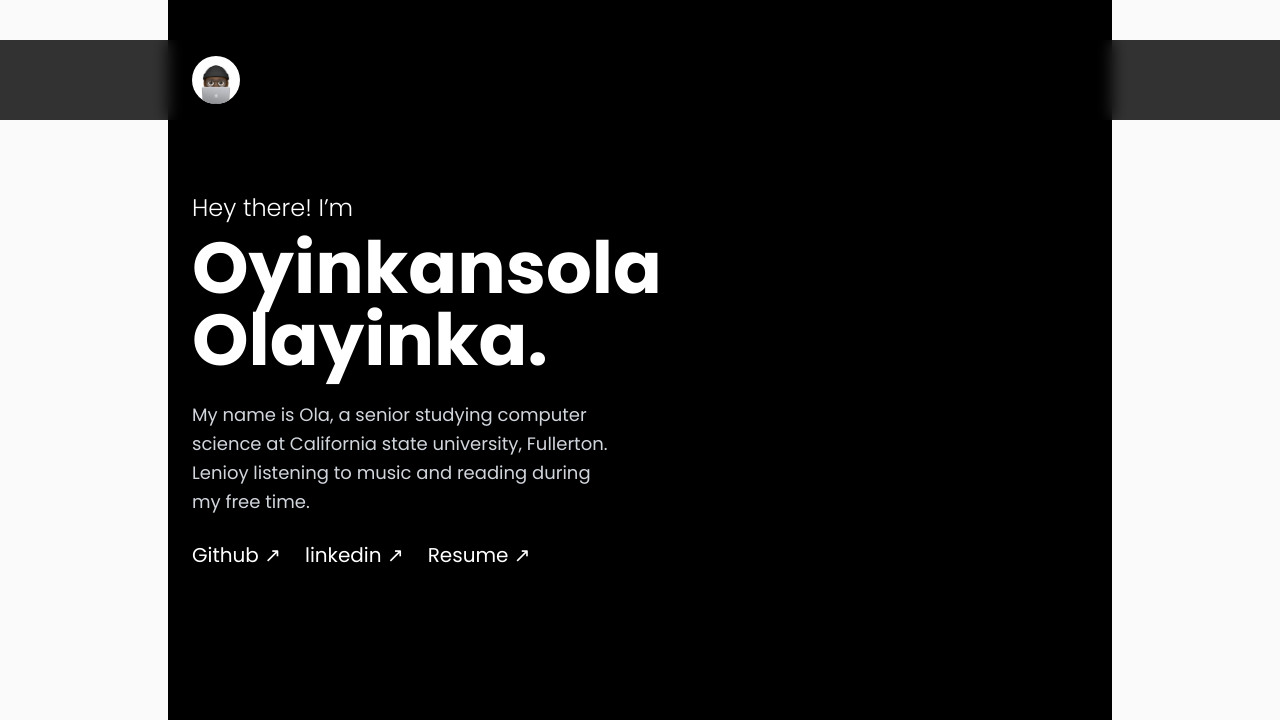
Repository: olasores/olasores-portfolio
Page: /
An editor plug-in stored every save of this project. The page is shown before and after a run of saves, followed by the edit.
The browser window is 1280 px wide. The pictures show the whole page.
The project was rebuilt for these pictures with package versions that can differ from the ones it lists, and the page was loaded fresh each time. The framework's server and built-in components were replaced by stand-ins that run in the browser. Also part of the build but not shown: next.config.ts.

Above is the page before, as saved 2025-11-11 12:33:49.

### app/layout.tsx
import type { Metadata } from "next";
import { Poppins } from "next/font/google";
import "./globals.css";
import Navbar from "./components/Navbar";

const poppins = Poppins({
  variable: "--font-poppins",
  weight: ["300", "400", "500", "600", "700"],
  subsets: ["latin"],
});

export const metadata: Metadata = {
  title: "Create Next App",
  description: "Generated by create next app",
};

export default function RootLayout({
  children,
}: Readonly<{
  children: React.ReactNode;
}>) {
  return (
    <html lang="en">
      <body
        className={`${poppins.variable} antialiased`}
      >
        <Navbar />
        {children}
      </body>
    </html>
  );
}

### app/page.tsx
import Image from "next/image";
import HomeSection from "./components/HomeSection";

export default function Home() {
  return (

    <div className="flex min-h-screen items-center justify-center bg-zinc-50 font-sans dark:bg-black">
      <HomeSection />
    </div>
  );
}

### app/globals.css
@import "tailwindcss";

:root {
  --background: #ffffff;
  --foreground: #171717;
}

@theme inline {
  --color-background: var(--background);
  --color-foreground: var(--foreground);
  --font-sans: var(--font-poppins);
}

@media (prefers-color-scheme: dark) {
  :root {
    --background: #0a0a0a;
    --foreground: #ededed;
  }
}

* {
  font-family: 'Poppins', sans-serif;
}

body {
  background: var(--background);
  color: var(--foreground);
}

### app/components/Navbar.tsx
export default function Navbar() {
    return (
        <nav className="fixed top-10 w-full bg-black/80 backdrop-blur-sm px-6 py-4 z-50">
            <div className="max-w-4xl mx-auto flex items-center justify-between">
                {/* Logo */}
                <div className="relative w-12 h-12 rounded-full bg-white overflow-hidden flex items-center justify-center">
                    <img
                        src="/assets/olaimg2.webp"
                        alt="Oyinkansola Olayinka Logo"
                        className="w-full h-full object-cover"
                    />
                </div>

                {/* Links */}
                {/* <div className="flex gap-8 text-white">
                    <a href="#" className="hover:text-gray-400 transition">
                        Github ↗
                    </a>
                    <a href="#" className="hover:text-gray-400 transition">
                        linkedin ↗
                    </a>
                    <a href="#" className="hover:text-gray-400 transition">
                        Resume ↗
                    </a>
                </div> */}
            </div>
        </nav>
    );
}

### app/components/HomeSection.tsx


export default function HomeSection() {
    return (
        <div className="flex min-h-screen items-center justify-center bg-black font-sans dark:bg-black px-6 py-10 pt-20">
            <div className="grid grid-cols-1 md:grid-cols-2 gap-12 max-w-4xl w-full items-center">
                {/* Left side: Text content */}
                <div className="flex flex-col gap-6 items-center md:items-start">
                    <div>
                        <h2 className="text-xl md:text-2xl font-light text-white mb-2">
                            Hey there! I&rsquo;m
                        </h2>
                        <h1 className="text-5xl md:text-7xl font-bold text-white">
                            Oyinkansola Olayinka.
                        </h1>
                    </div>

                    <p className="text-base md:text-lg text-gray-300 leading-relaxed max-w-lg">
                        My name is Ola, a senior studying computer science at California state university, Fullerton. Lenioy listening to music and reading during my free time.
                    </p>

                    {/* Links */}
                    <div className="flex gap-6 text-lg md:text-xl text-white">
                        <a href="#" className="hover:text-gray-400 transition">
                            Github ↗
                        </a>
                        <a href="#" className="hover:text-gray-400 transition">
                            linkedin ↗
                        </a>
                        <a href="#" className="hover:text-gray-400 transition">
                            Resume ↗
                        </a>
                    </div>
                </div>
            </div>
        </div>
    );
}

After the next 4 saves:
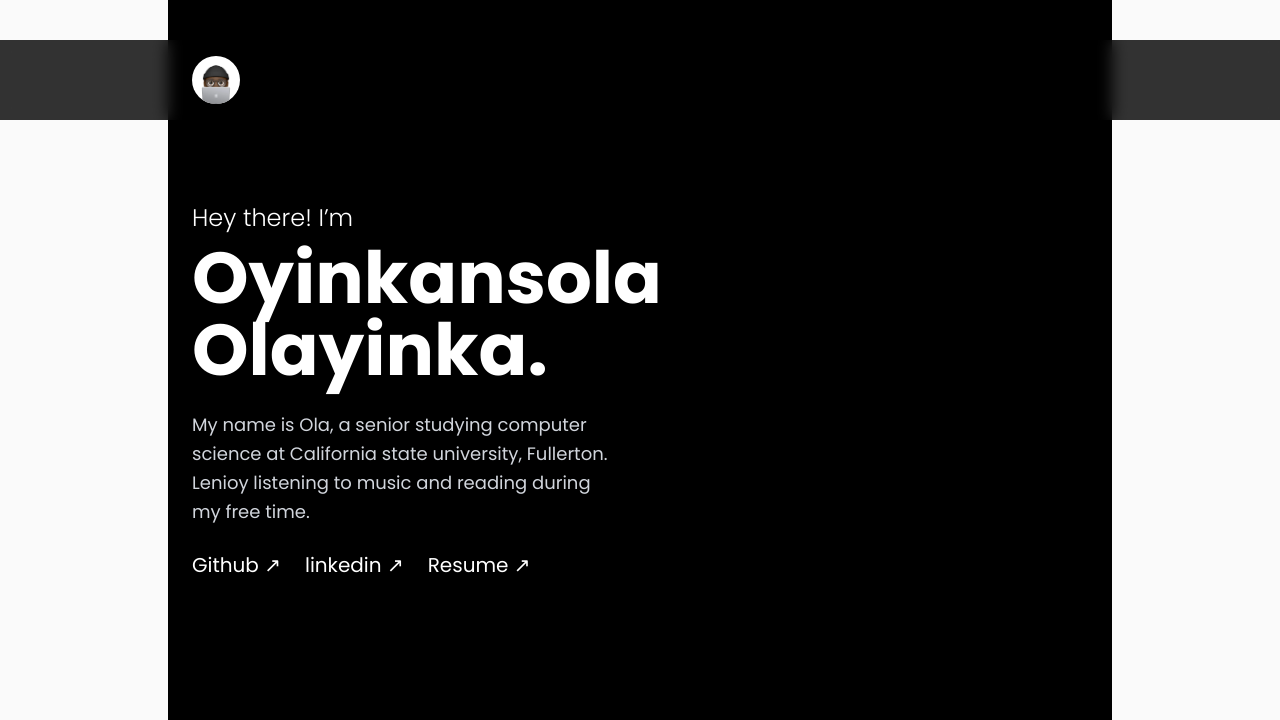
The 4 saves are shown as one change because they came seconds apart.
The last was saved 13 s later.
--- a/app/components/HomeSection.tsx
+++ b/app/components/HomeSection.tsx
@@ -2,7 +2,7 @@
 
 export default function HomeSection() {
     return (
-        <div className="flex min-h-screen items-center justify-center bg-black font-sans dark:bg-black px-6 py-10 pt-20">
+        <div className="flex min-h-screen items-center justify-center bg-black font-sans dark:bg-black px-6 py-5 pt-20">
             <div className="grid grid-cols-1 md:grid-cols-2 gap-12 max-w-4xl w-full items-center">
                 {/* Left side: Text content */}
                 <div className="flex flex-col gap-6 items-center md:items-start">
